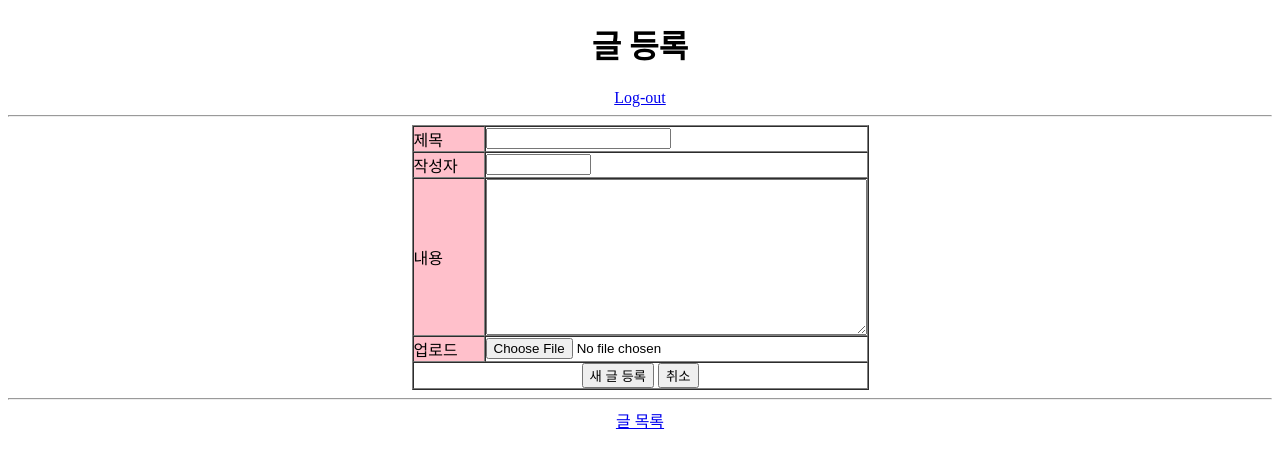
Repository: teeeeeeemo/workspace_spring
Page: http://localhost/BoardWeb/insertBoard.jsp
An editor plug-in stored every save of this project. The page is shown before and after the next save, followed by the edit.
The browser window is 1280 px wide. The pictures show the whole page.
The page is served by Tomcat 9. Nobody is signed in. The application's start-up code is not run. Other server files are loaded and not shown.

Above is the page before, as saved 2017-01-21 16:39:49.

### BoardWeb/src/main/webapp/insertBoard.jsp
<%@ page language="java" contentType="text/html; charset=UTF-8"
    pageEncoding="UTF-8"%>
<!DOCTYPE html PUBLIC "-//W3C//DTD HTML 4.01 Transitional//EN" "http://www.w3.org/TR/html4/loose.dtd">
<html>
<head>
<meta http-equiv="Content-Type" content="text/html; charset=UTF-8">
<title>새글등록</title>
</head>
<body>
<center>
<h1>글 등록</h1>
<a href="logout.do">Log-out</a>
<hr>
<form action="insertBoard.do" method="post" enctype="multipart/form-data">
<table border="1" cellpadding="0" cellspacing="0">
	<tr>
		<td bgcolor="pink" width="70">제목</td>
		<td align="left"><input type="text" name="title"/></td>
	</tr>
	<tr>
		<td bgcolor="pink">작성자</td>
		<td align="left"><input type="text" name="writer" size="10"/></td>
	</tr>
	<tr>
		<td bgcolor="pink">내용</td>
		<td align="left"><textarea name="content" cols="45" rows="10"></textarea></td>
	</tr>
	<tr>
		<td bgcolor="pink" width="70">업로드</td>
		<td align="left"><input type="file" name="uploadFile"/></td>
	</tr>
	<tr>
		<td colspan="2" align="center">
		<input type="submit" value="새 글 등록" />&nbsp;<input type="reset" value="취소"></td>
	</tr>
</table>
</form>
<hr>
<a href="getBoardList.jsp">글 목록</a>
</center>
</body>
</html>

After the next save:
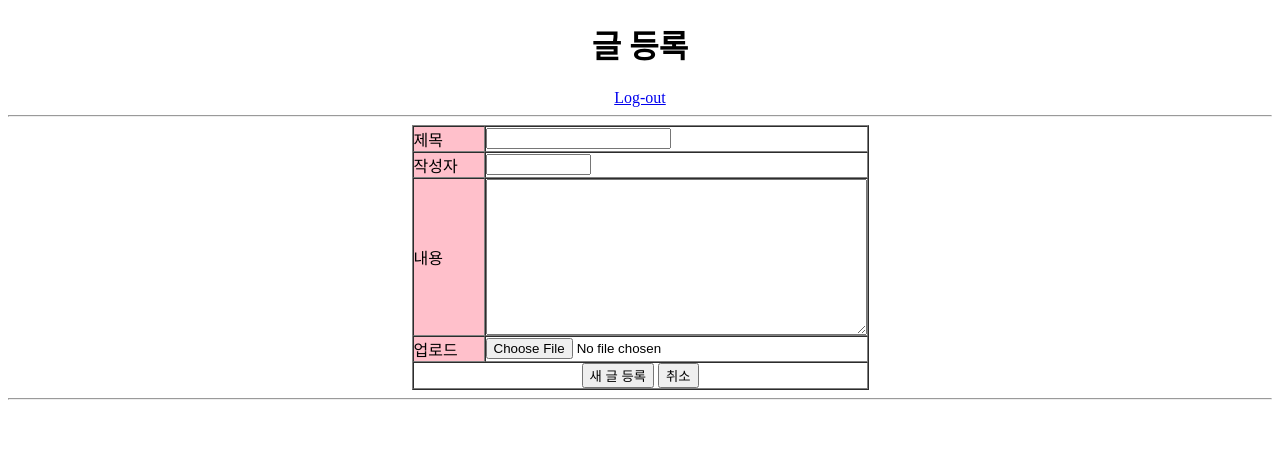
Saved 17 min 1 s later.
--- a/BoardWeb/src/main/webapp/insertBoard.jsp
+++ b/BoardWeb/src/main/webapp/insertBoard.jsp
@@ -36,7 +36,7 @@
 </table>
 </form>
 <hr>
-<a href="getBoardList.jsp">글 목록</a>
+<a href="getBoardList.jsp"><spring:message="message.board.list.mainTitle=\uAC8C\uC2DC\uAE00 \uBAA9\uB85D"/></a>
 </center>
 </body>
 </html>
